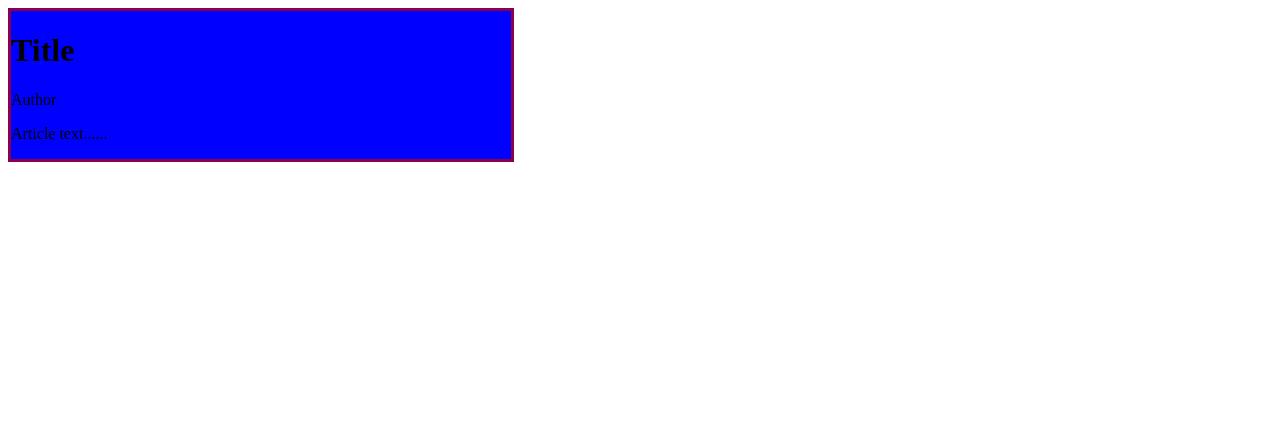
Repository: kimbalaya7/coding-managers
Page: index2.html
The author's editor kept a record of every edit. The page is drawn from the files as they stood at one moment, then again after the next edit.
The browser window is 1280 px wide. The pictures show the whole page.

Above is the page before.

After the next edit:
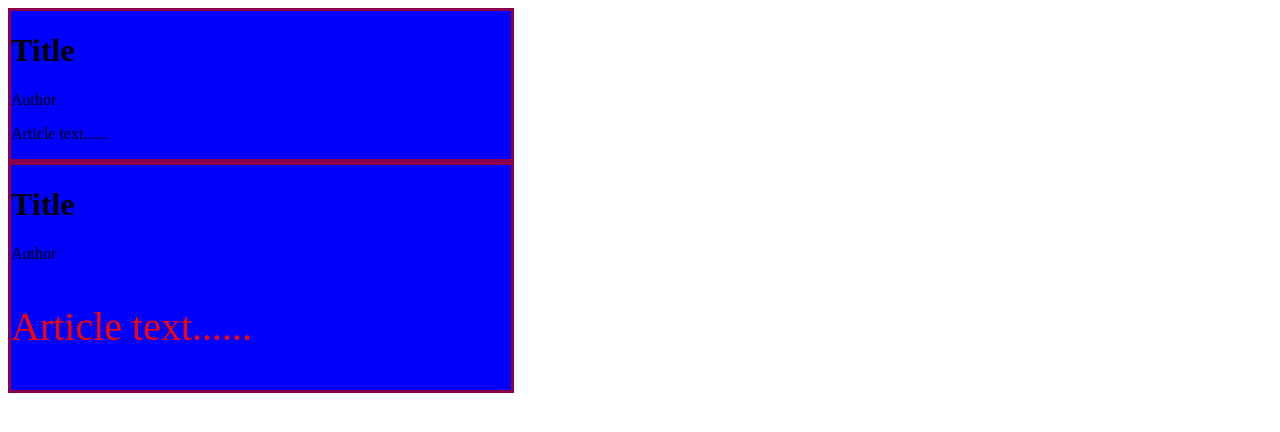
The edit:
--- a/index2.html
+++ b/index2.html
@@ -5,6 +5,16 @@
         <link rel="stylesheet" href="styles.css">
     </head>
 <body>
-    <div><h1>Title</h1><p class="byline">Author</p>
-<p>Article text......</p>
-</div></body>
+    <div>
+        <h1>Title</h1>
+        <p class="byline">Author</p>
+        <p>Article text......</p>
+    </div>
+
+    <div>
+        <h1>Title</h1>
+        <p class="byline">Author</p>
+        <p id="paragraph">Article text......</p>
+    </div>
+
+</body>
